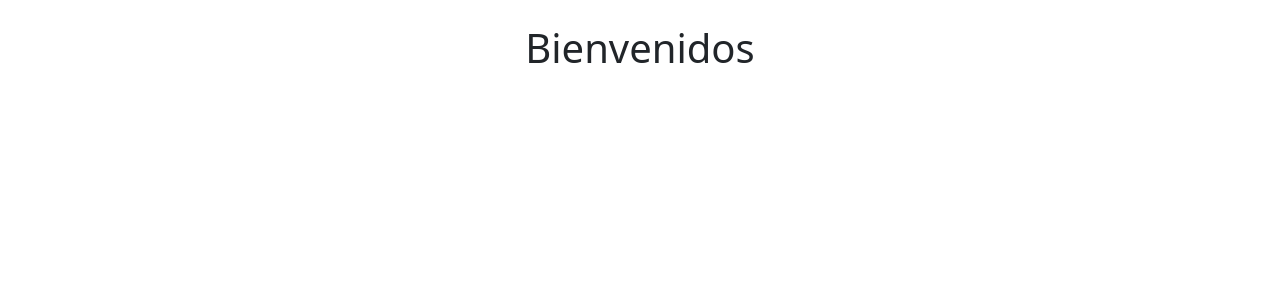
Repository: BolivarCaro/ecenviosweb
Page: sprindbootecenvios/src/main/resources/static/index.html
These files come from the project's save history. The page is drawn as it stood at one moment and after the next save; the edit follows.
The browser window is 1280 px wide. The pictures show the whole page.

Above is the page before, as saved 2024-07-09 14:40:29.

After the next save:
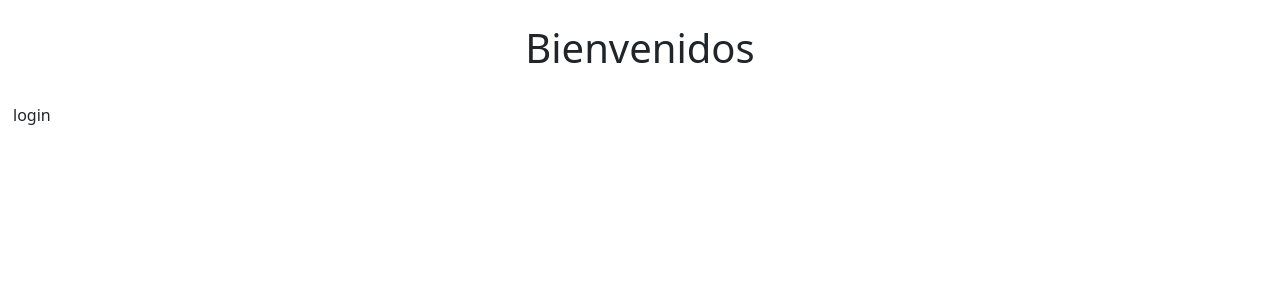
Saved 2 min 37 s later.
--- a/sprindbootecenvios/src/main/resources/static/index.html
+++ b/sprindbootecenvios/src/main/resources/static/index.html
@@ -8,6 +8,7 @@
   </head>
   <body>
 	<h1 class="text-center my-4">Bienvenidos</h1>
+	<button type="button" class="btn">login</button>
 
     <script src="https://cdn.jsdelivr.net/npm/bootstrap@5.3.3/dist/js/bootstrap.bundle.min.js" integrity="sha384-YvpcrYf0tY3lHB60NNkmXc5s9fDVZLESaAA55NDzOxhy9GkcIdslK1eN7N6jIeHz" crossorigin="anonymous"></script>
   </body>
